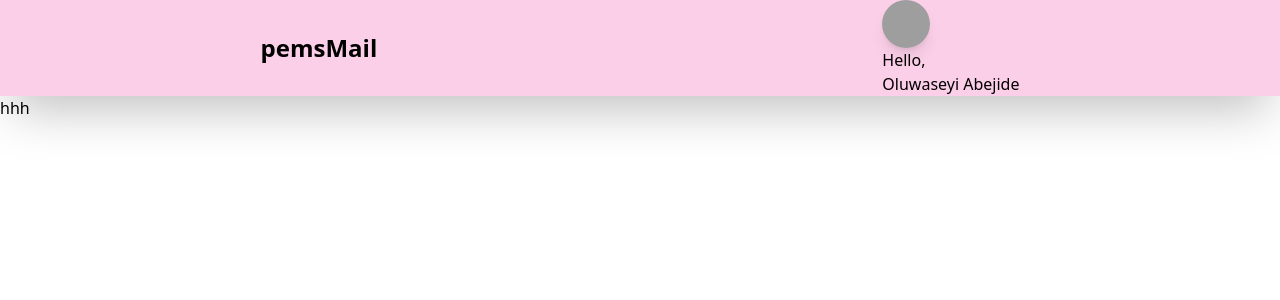
Repository: Semanmernstack/mailclone
Page: /
These files come from the project's save history. The page is drawn as it stood at one moment and after the next save; the edit follows.
The browser window is 1280 px wide. The pictures show the whole page.
Pictures or frames that could not be fetched are drawn as grey boxes. The project was rebuilt for these pictures with package versions that can differ from the ones it lists, and the page was loaded fresh each time. Also part of the build but not shown: src/features/counter/Counter.module.css, src/features/counter/Counter.js.

Above is the page before, as saved 2023-01-16 02:06:31.

### src/App.js
import React from 'react';

import { Counter } from './features/counter/Counter';
import Header from './Header';
import {
  BrowserRouter,
  Routes,
  Route,
} from "react-router-dom";
import Open from './Open';


function App() {
  return (
    <div className="App">

      <BrowserRouter>
        <Header/>
        <Routes>
          <Route exact path="/" element={<Open/>} />
        </Routes>
      </BrowserRouter>
    </div>
  );
}

export default App;

### src/features/counter/counterSlice.js
import { createAsyncThunk, createSlice } from '@reduxjs/toolkit';
import { fetchCount } from './counterAPI';

const initialState = {
  value: 0,
  status: 'idle',
};

// The function below is called a thunk and allows us to perform async logic. It
// can be dispatched like a regular action: `dispatch(incrementAsync(10))`. This
// will call the thunk with the `dispatch` function as the first argument. Async
// code can then be executed and other actions can be dispatched. Thunks are
// typically used to make async requests.
export const incrementAsync = createAsyncThunk(
  'counter/fetchCount',
  async (amount) => {
    const response = await fetchCount(amount);
    // The value we return becomes the `fulfilled` action payload
    return response.data;
  }
);

export const counterSlice = createSlice({
  name: 'counter',
  initialState,
  // The `reducers` field lets us define reducers and generate associated actions
  reducers: {
    increment: (state) => {
      // Redux Toolkit allows us to write "mutating" logic in reducers. It
      // doesn't actually mutate the state because it uses the Immer library,
      // which detects changes to a "draft state" and produces a brand new
      // immutable state based off those changes
      state.value += 1;
    },
    decrement: (state) => {
      state.value -= 1;
    },
    // Use the PayloadAction type to declare the contents of `action.payload`
    incrementByAmount: (state, action) => {
      state.value += action.payload;
    },
  },
  // The `extraReducers` field lets the slice handle actions defined elsewhere,
  // including actions generated by createAsyncThunk or in other slices.
  extraReducers: (builder) => {
    builder
      .addCase(incrementAsync.pending, (state) => {
        state.status = 'loading';
      })
      .addCase(incrementAsync.fulfilled, (state, action) => {
        state.status = 'idle';
        state.value += action.payload;
      });
  },
});

export const { increment, decrement, incrementByAmount } = counterSlice.actions;

// The function below is called a selector and allows us to select a value from
// the state. Selectors can also be defined inline where they're used instead of
// in the slice file. For example: `useSelector((state: RootState) => state.counter.value)`
export const selectCount = (state) => state.counter.value;

// We can also write thunks by hand, which may contain both sync and async logic.
// Here's an example of conditionally dispatching actions based on current state.
export const incrementIfOdd = (amount) => (dispatch, getState) => {
  const currentValue = selectCount(getState());
  if (currentValue % 2 === 1) {
    dispatch(incrementByAmount(amount));
  }
};

export default counterSlice.reducer;

### src/Header.js
import React from 'react'

function Header() {
  return (
    <div className="flex items-center justify-around p-2     h-24 bg-pink-200 border-b-pink-800 shadow-2xl">
        <div>
            <h1 className="text-lg md:text-2xl font-semibold">pemsMail</h1>

        </div>
        <div>

            <img className="h-12 w-12 rounded-full shadow-lg" src="https://cdn.pixabay.com/photo/2022/12/01/12/26/countryside-7629017__340.jpg" alt="pic" />
            <div>
                <p>Hello,</p>
                <p>Oluwaseyi Abejide</p>
            </div>
        </div>
    </div>
  )
}

export default Header

### src/Open.js
import React from 'react'

function Open() {
  return (
    <div>
        <h1>hhh</h1>
    </div>
  )
}

export default Open

Loaded but not shown: public/index.html (common file); src/index.js (common file); src/app/store.js (common file); src/reportWebVitals.js (common file); src/index.css (common file); src/features/counter/counterAPI.js (common file); tailwind.config.js (common file)

After the next save:
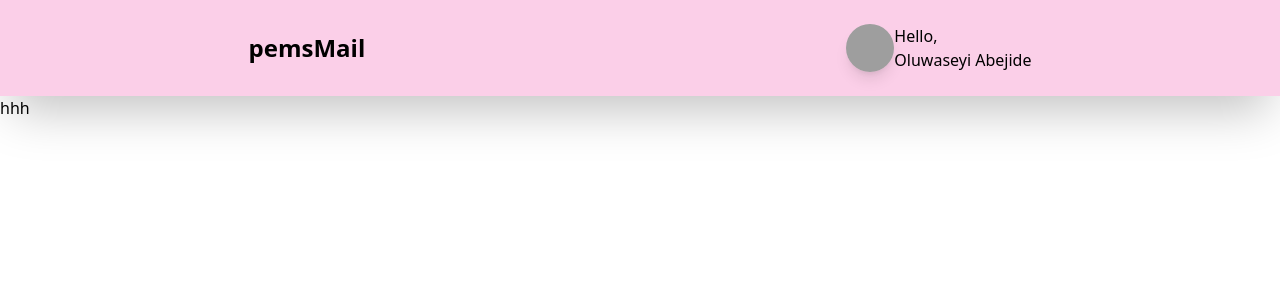
Saved 55 s later.
--- a/src/Header.js
+++ b/src/Header.js
@@ -7,7 +7,7 @@ function Header() {
             <h1 className="text-lg md:text-2xl font-semibold">pemsMail</h1>
 
         </div>
-        <div>
+        <div className="flex items-center justify-evenly">
 
             <img className="h-12 w-12 rounded-full shadow-lg" src="https://cdn.pixabay.com/photo/2022/12/01/12/26/countryside-7629017__340.jpg" alt="pic" />
             <div>
